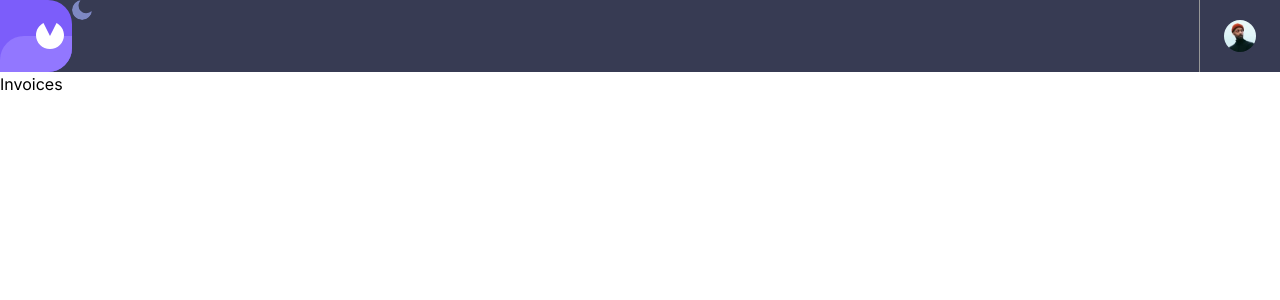
Repository: theoneswhodead/invoice-app
Page: /
The author's editor kept a copy of each file at every save. The page is drawn from the files as they stood at one save, then again after the next save.
The browser window is 1280 px wide. The pictures show the whole page.
The project was rebuilt for these pictures with package versions that can differ from the ones it lists, and the page was loaded fresh each time. The framework's server and built-in components were replaced by stand-ins that run in the browser. Also part of the build but not shown: next.config.mjs.

Above is the page before, as saved 2024-08-19 18:12:44.

After the next save:
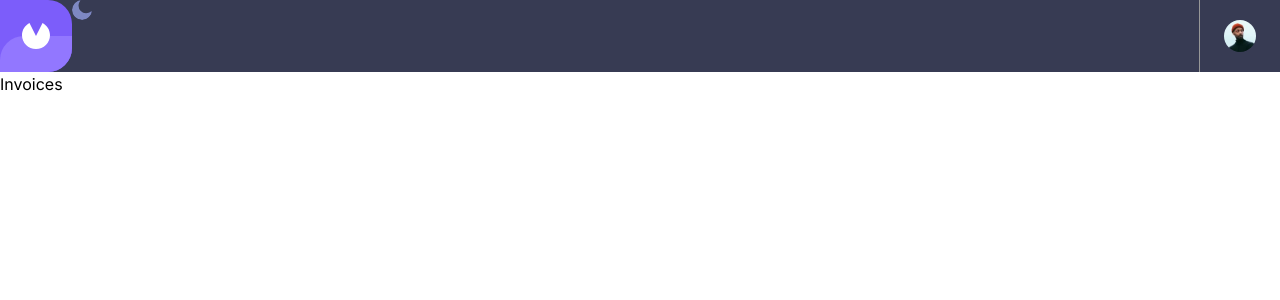
Saved 6 s later.
--- a/app/components/BarMenu.tsx
+++ b/app/components/BarMenu.tsx
@@ -12,7 +12,7 @@ const BarMenu = () => {
                 width={28}
                 height={26}
                 alt="Logo"
-                className='absolute top-1/2 left-1/2 translate-y-[-50%]'
+                className='absolute top-1/2 left-1/2 translate-y-[-50%] translate-x-[-50%]'
             />
             <div className='bg-light_purple w-[4.5rem] h-[2.25rem] mt-[36px] rounded-br-3xl rounded-tl-3xl'>
 
